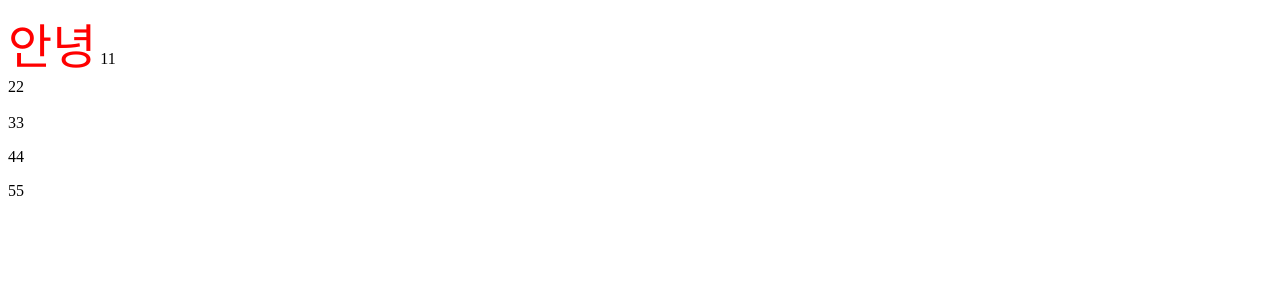
Repository: MinHyeJun/OpenSourceFramework
Page: web_prj/webapp/test.html
An editor plug-in stored every save of this project. The page is shown before and after the next save, followed by the edit.
The browser window is 1280 px wide. The pictures show the whole page.

Above is the page before, as saved 2018-06-26 02:15:27.

### web_prj/webapp/test.html

<html>
<head>
<meta charset="UTF-8">
<title>Insert title here</title>
</head>
<body>
<font size=10 color=red>안녕</font>
11<br>
22<br><br>
33<p>
44<p><p>
55

</body>
</html>

After the next save:
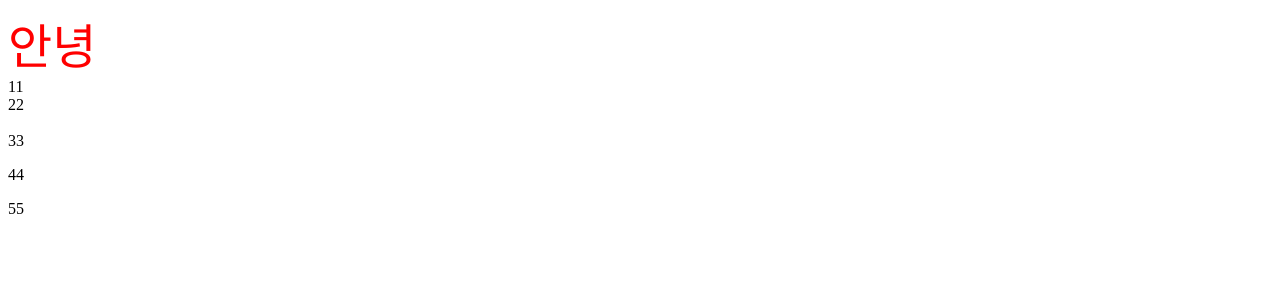
Saved 42 s later.
--- a/web_prj/webapp/test.html
+++ b/web_prj/webapp/test.html
@@ -5,7 +5,7 @@
 <title>Insert title here</title>
 </head>
 <body>
-<font size=10 color=red>안녕</font>
+<font size=10 color=red>안녕</font><br>
 11<br>
 22<br><br>
 33<p>
